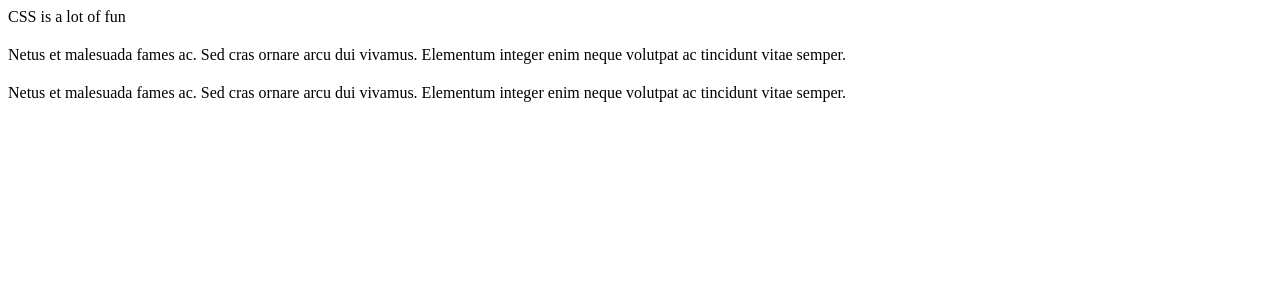
Repository: Doumham-Armah/sample-landing-page
Page: index.html
These files come from the project's save history. The page is drawn as it stood at one moment and after a run of saves; the edit follows.
The browser window is 1280 px wide. The pictures show the whole page.

Above is the page before, as saved 2021-08-16 12:23:33.

### index.html
<!DOCTYPE html>
<html lang="en">
  <head>
    <meta charset="UTF-8" />
    <meta http-equiv="X-UA-Compatible" content="IE=edge" />
    <meta name="viewport" content="width=device-width, initial-scale=1.0" />
    <title>Document</title>
  </head>
  <body>
    <header>CSS is a lot of fun</header>

    <section class="section one">
      <h2></h2>
      Netus et malesuada fames ac. Sed cras ornare arcu dui vivamus. Elementum
      integer enim neque volutpat ac tincidunt vitae semper.
    </section>
    <section class="section two">
      <h2></h2>
      Netus et malesuada fames ac. Sed cras ornare arcu dui vivamus. Elementum
      integer enim neque volutpat ac tincidunt vitae semper.
    </section>
  </body>
</html>

After the next 2 saves:
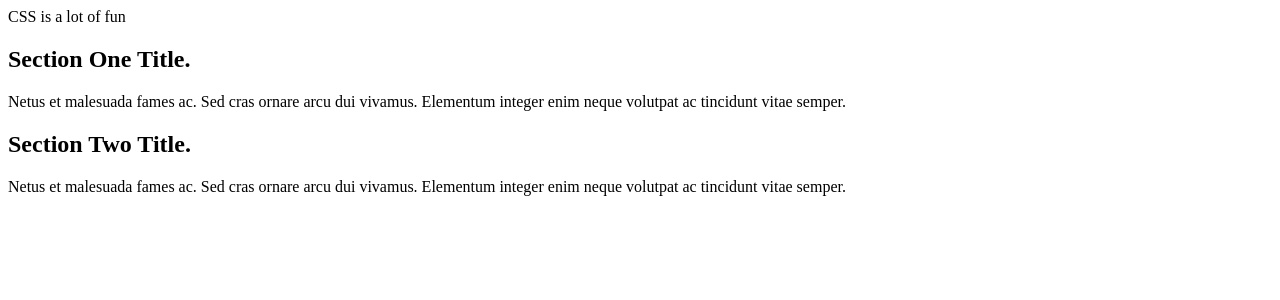
The 2 saves are shown as one change because they came seconds apart.
The last was saved 14 s later.
--- a/index.html
+++ b/index.html
@@ -10,12 +10,13 @@
     <header>CSS is a lot of fun</header>
 
     <section class="section one">
-      <h2></h2>
+      <h2>Section One Title.</h2>
       Netus et malesuada fames ac. Sed cras ornare arcu dui vivamus. Elementum
       integer enim neque volutpat ac tincidunt vitae semper.
     </section>
+
     <section class="section two">
-      <h2></h2>
+      <h2>Section Two Title.</h2>
       Netus et malesuada fames ac. Sed cras ornare arcu dui vivamus. Elementum
       integer enim neque volutpat ac tincidunt vitae semper.
     </section>
